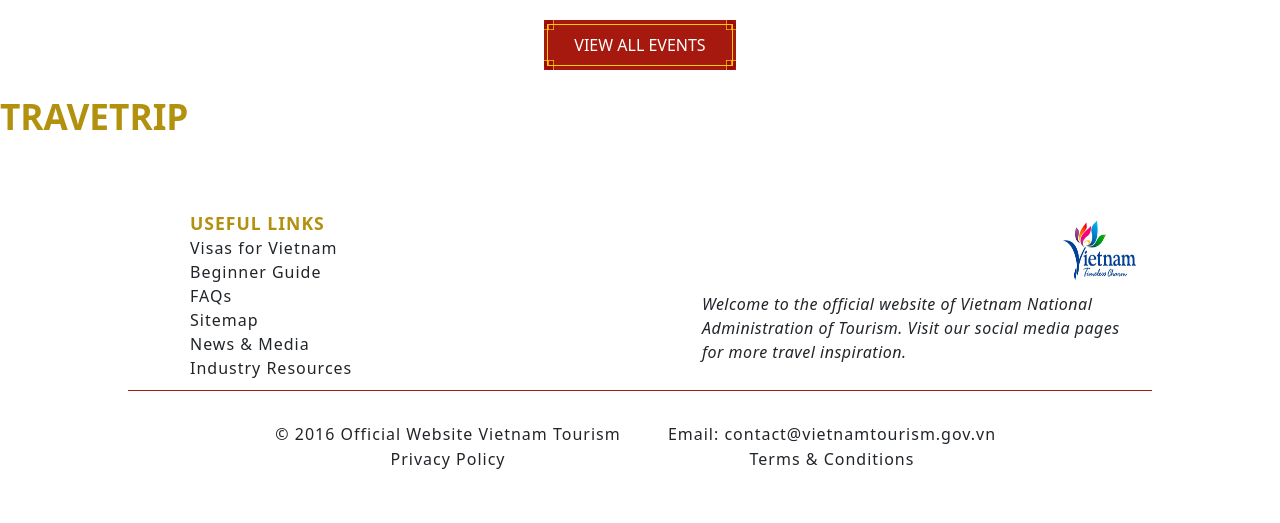
Repository: nguoilaisaochoi/TRAVEL-DEMO
Page: index.html
An editor plug-in stored every save of this project. The page is shown before and after the next save, followed by the edit.
The browser window is 1280 px wide. The pictures show the part of the page from y = 2164 to 2687 px (the page is 2687 px tall).
A picture or video elsewhere on the page could not be fetched, so the positions and the page height are approximate.

Above is the page before, as saved 2023-03-27 19:01:39.

After the next save:
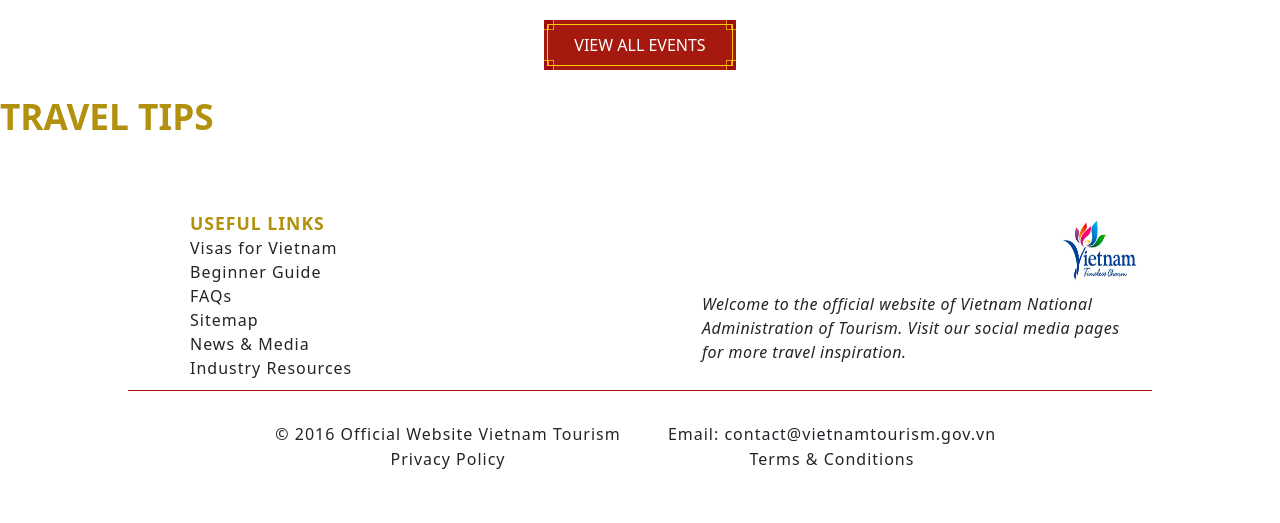
Saved 24 s later.
--- a/index.html
+++ b/index.html
@@ -152,9 +152,9 @@
         </div>
       </div>
     </div>
-    <div id="travel tips">
+    <div id="traveltips">
       <p style="font-size: 220%; color: #b2910e; text-transform: uppercase; font-weight: bold">
-        Travetrip
+        Travel Tips
       </p>
     </div>
     <!--FOOTER-->
